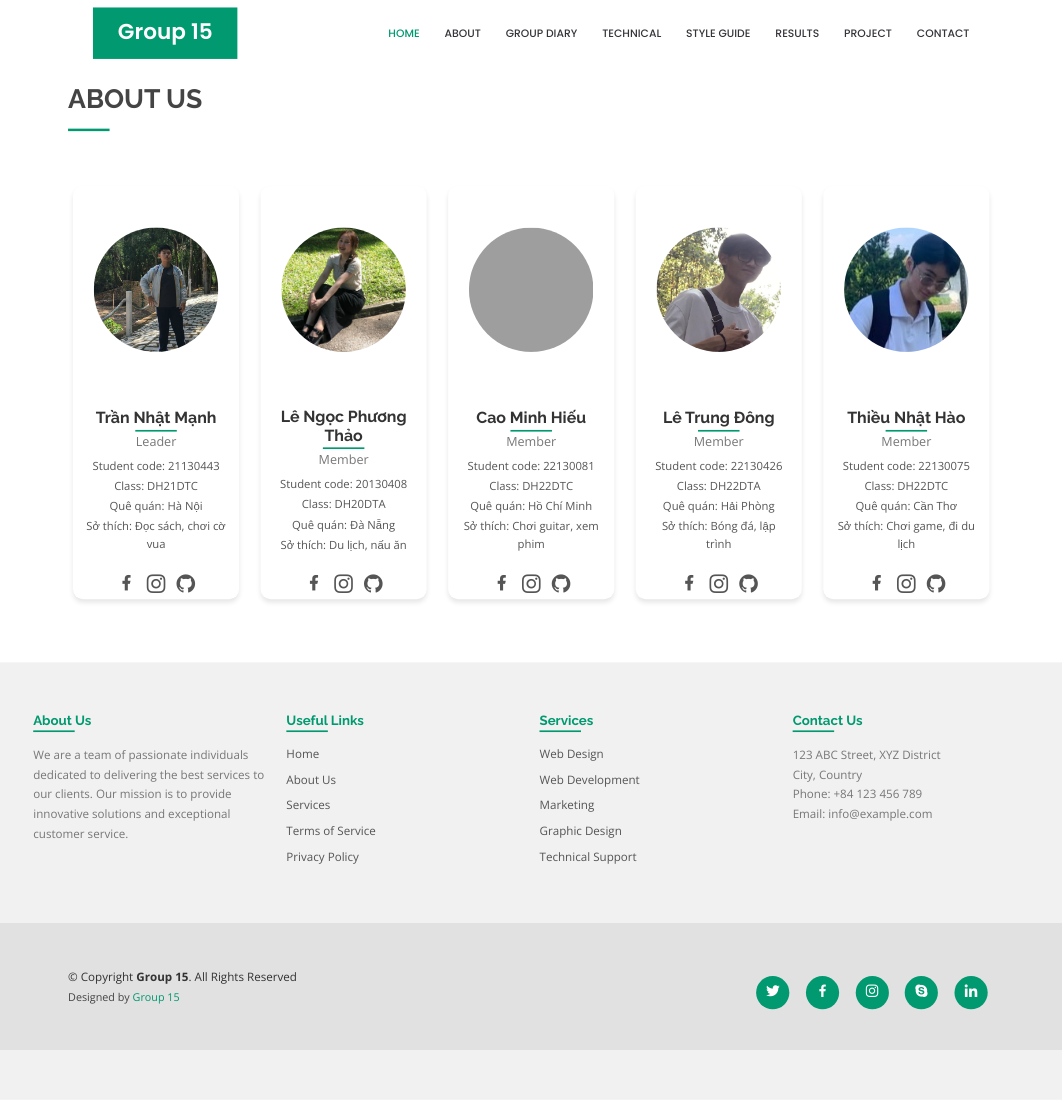
Repository: HoangKhangKhuPho4/Group_Web
Page: about.html
These files come from the project's save history. The page is drawn as it stood at one moment and after the next save; the edit follows.
The browser window is 1280 px wide. The pictures show the whole page, at 83% of full size.
Pictures or frames that could not be fetched are drawn as grey boxes.

Above is the page before, as saved 2024-10-19 23:31:25.

### about.html
<!DOCTYPE html>
<html lang="en">

<head>
    <!-- Phần head -->
    <meta charset="utf-8">
    <meta content="width=device-width, initial-scale=1.0" name="viewport">

    <title>Group 15</title>
    <meta content="" name="description">
    <meta content="" name="keywords">

    <!-- Favicons -->
    <link href="assets/img/favicon.png" rel="icon">
    <link href="assets/img/apple-touch-icon.png" rel="apple-touch-icon">

    <!-- Google Fonts -->
    <link
        href="https://fonts.googleapis.com/css?family=Open+Sans:300,300i,400,400i,600,600i,700,700i|Raleway:300,300i,400,400i,500,500i,600,600i,700,700i|Poppins:300,300i,400,400i,500,500i,600,600i"
        rel="stylesheet">

    <!-- Vendor CSS Files -->
    <link href="assets/vendor/aos/aos.css" rel="stylesheet">
    <link href="assets/vendor/bootstrap/css/bootstrap.min.css" rel="stylesheet">
    <link href="assets/vendor/bootstrap-icons/bootstrap-icons.css" rel="stylesheet">
    <link href="assets/vendor/boxicons/css/boxicons.min.css" rel="stylesheet">
    <link href="assets/vendor/glightbox/css/glightbox.min.css" rel="stylesheet">
    <link href="assets/vendor/remixicon/remixicon.css" rel="stylesheet">
    <link href="assets/vendor/swiper/swiper-bundle.min.css" rel="stylesheet">

    <!-- Template Main CSS File -->
    <link href="assets/css/style.css" rel="stylesheet">

    <!-- Custom CSS for arranging member cards and adding effects -->
    <style>
        /* Member Cards Container */
        .member-cards-container {
            display: flex;
            flex-wrap: nowrap;
            justify-content: space-between;
            align-items: stretch;
            overflow-x: auto;
            padding: 1em 0;
        }

        /* Hide scrollbar for WebKit browsers */
        .member-cards-container::-webkit-scrollbar {
            display: none;
        }

        /* Hide scrollbar for IE, Edge and Firefox */
        .member-cards-container {
            -ms-overflow-style: none;
            scrollbar-width: none;
        }

        /* Member Card Styling */
        .member-card {
            flex: 0 0 auto;
            width: 18%;
            margin: 0 0.5%;
            background-color: #fff;
            border-radius: 12px;
            overflow: hidden;
            box-shadow: 0 4px 6px rgba(0,0,0,0.1);
            transition: transform 0.3s, box-shadow 0.3s, background-color 0.3s;
            position: relative;
            display: flex;
            flex-direction: column;
            align-items: center;
        }

        .member-card:hover {
            transform: translateY(-10px);
            box-shadow: 0 15px 25px rgba(0,0,0,0.2);
            background-color: #f0f0f0;
        }

        /* Image */
        .member-card .pic {
            width: 100%;
            height: 250px;
            overflow: hidden;
            display: flex;
            align-items: center;
            justify-content: center;
        }

        .member-card .pic img {
            width: 150px;
            height: 150px;
            border-radius: 50%;
            object-fit: cover;
            transition: transform 0.3s;
        }

        .member-card:hover .pic img {
            transform: scale(1.05);
        }

        /* Member Info */
        .member-card .member-info {
            padding: 1em;
            text-align: center;
            flex-grow: 1;
            display: flex;
            flex-direction: column;
            justify-content: center;
            align-items: center;
            position: relative;
        }

        .member-card .member-info h4 {
            font-size: 1.2em;
            margin-bottom: 0.3em;
            color: #333;
            font-weight: 700;
            position: relative;
        }

        .member-card .member-info h4::after {
            content: '';
            position: absolute;
            width: 50px;
            height: 2px;
            background-color: #009970;
            left: 50%;
            transform: translateX(-50%);
            bottom: -5px;
        }

        .member-card .member-info span {
            display: block;
            font-size: 0.95em;
            color: #777;
            margin-bottom: 0.5em;
            font-weight: 500;
        }

        .member-card .member-info p {
            font-size: 0.85em;
            color: #555;
            margin-bottom: 0.3em;
        }

        /* Social Icons */
        .member-card .social {
            margin-top: auto;
            display: flex;
            justify-content: center;
            align-items: center;
        }

        .member-card .social a {
            color: #555;
            margin: 0 0.3em;
            font-size: 1.4em;
            transition: color 0.3s, transform 0.3s;
            position: relative;
        }

        .member-card .social a:hover {
            color: #009970;
            transform: translateY(-5px) rotate(15deg);
        }

        /* Tooltip for social icons */
        .member-card .social a::after {
            content: attr(title);
            position: absolute;
            bottom: 100%;
            left: 50%;
            transform: translateX(-50%) translateY(-10px);
            background-color: #333;
            color: #fff;
            padding: 5px 8px;
            border-radius: 4px;
            opacity: 0;
            pointer-events: none;
            transition: opacity 0.3s, transform 0.3s;
            white-space: nowrap;
            font-size: 12px;
        }

        .member-card .social a:hover::after {
            opacity: 1;
            transform: translateX(-50%) translateY(-15px);
        }

        /* Responsive Adjustments */
        @media (max-width: 1200px) {
            .member-card {
                width: 22%;
            }
        }

        @media (max-width: 992px) {
            .member-card {
                width: 28%;
            }
        }

        @media (max-width: 768px) {
            .member-card {
                width: 40%;
            }
        }

        @media (max-width: 576px) {
            .member-card {
                width: 80%;
            }
        }

        /* Smooth Scrolling */
        html {
            scroll-behavior: smooth;
        }

        /* Main content adjustment */
        #main {
            padding-top: 100px; /* Adjust to the navbar's height */
        }

        /* Ensure About Us section doesn't have conflicting margins */
        #about {
            margin-top: 0;
            padding-top: 0;
        }
    </style>

</head>

<body>

    <!-- ======= Header ======= -->
    <header id="header" class="fixed-top d-flex align-items-center">
        <div class="container">
            <div class="header-container d-flex align-items-center justify-content-between">
                <div class="logo">
                    <h1 class="text-light"><a href="index.html"><span>Group 15</span></a></h1>
                </div>

                <nav id="navbar" class="navbar">
                    <ul>
                        <li><a class="nav-link scrollto active" href="index.html">Home</a></li>
                        <li><a class="nav-link scrollto" href="about.html">About</a></li>
                        <li><a class="nav-link scrollto" href="groupDiary.html">Group Diary</a></li>
                        <li><a class="nav-link scrollto" href="technical.html">Technical</a></li>
                        <li><a class="nav-link scrollto" href="styleguide.html">Style Guide</a></li>
                        <li><a class="nav-link scrollto" href="results.html">Results</a></li>
                        <li><a class="nav-link scrollto" href="project.html">Project</a></li>
                        <li><a class="nav-link scrollto" href="contact.html">Contact</a></li>
                    </ul>
                    <i class="bi bi-list mobile-nav-toggle"></i>
                </nav>
                <!-- .navbar -->

            </div>
            <!-- End Header Container -->
        </div>
    </header>
    <!-- End Header -->

    <main id="main">
        <!-- ======= About Section ======= -->
        <section id="about" class="about">
            <div class="container" data-aos="fade-up">
                <div class="section-title">
                    <h2>About Us</h2>
                </div>

                <!-- Member Cards Container -->
                <div class="member-cards-container" data-aos="fade-up" data-aos-delay="100">
                    <!-- Member 1 -->
                    <div class="member-card" data-aos="zoom-in" data-aos-delay="150">
                        <div class="pic">
                            <img src="assets/img/team/team-1.jpg" alt="Trần Nhật Mạnh">
                        </div>
                        <div class="member-info">
                            <h4>Trần Nhật Mạnh</h4>
                            <span>Leader</span>
                            <p>Student code: 21130443</p>
                            <p>Class: DH21DTC</p>
                            <p>Quê quán: Hà Nội</p>
                            <p>Sở thích: Đọc sách, chơi cờ vua</p>
                        </div>
                        <div class="social">
                            <a href="https://www.facebook.com/johnson.billy.528" title="Facebook"><i class="ri-facebook-fill"></i></a>
                            <a href="#" title="Instagram"><i class="bi bi-instagram"></i></a>
                            <a href="https://github.com/username1" title="GitHub"><i class="bi bi-github"></i></a>
                        </div>
                    </div>
                    <!-- Member 2 -->
                    <div class="member-card" data-aos="zoom-in" data-aos-delay="200">
                        <div class="pic">
                            <img src="assets/img/team/team-2.jpg" alt="Lê Ngọc Phương Thảo">
                        </div>
                        <div class="member-info">
                            <h4>Lê Ngọc Phương Thảo</h4>
                            <span>Member</span>
                            <p>Student code: 20130408</p>
                            <p>Class: DH20DTA</p>
                            <p>Quê quán: Đà Nẵng</p>
                            <p>Sở thích: Du lịch, nấu ăn</p>
                        </div>
                        <div class="social">
                            <a href="https://www.facebook.com/thaoo.phuonqq.948" title="Facebook"><i class="ri-facebook-fill"></i></a>
                            <a href="#" title="Instagram"><i class="bi bi-instagram"></i></a>
                            <a href="https://github.com/username2" title="GitHub"><i class="bi bi-github"></i></a>
                        </div>
                    </div>
                    <!-- Member 3 -->
                    <div class="member-card" data-aos="zoom-in" data-aos-delay="250">
                        <div class="pic">
                            <img src="assets/img/team/team-3.jpg" alt="Cao Minh Hiếu">
                        </div>
                        <div class="member-info">
                            <h4>Cao Minh Hiếu</h4>
                            <span>Member</span>
                            <p>Student code: 22130081</p>
                            <p>Class: DH22DTC</p>
                            <p>Quê quán: Hồ Chí Minh</p>
                            <p>Sở thích: Chơi guitar, xem phim</p>
                        </div>
                        <div class="social">
                            <a href="https://www.facebook.com/hieu.caominh.144" title="Facebook"><i class="ri-facebook-fill"></i></a>
                            <a href="#" title="Instagram"><i class="bi bi-instagram"></i></a>
                            <a href="https://github.com/username3" title="GitHub"><i class="bi bi-github"></i></a>
                        </div>
                    </div>
                    <!-- Member 4 -->
                    <div class="member-card" data-aos="zoom-in" data-aos-delay="300">
                        <div class="pic">
                            <img src="assets/img/team/team-4.jpg" alt="Lê Trung Đông">
                        </div>
                        <div class="member-info">
                            <h4>Lê Trung Đông</h4>
                            <span>Member</span>
                            <p>Student code: 22130426</p>
                            <p>Class: DH22DTA</p>
                            <p>Quê quán: Hải Phòng</p>
                            <p>Sở thích: Bóng đá, lập trình</p>
                        </div>
                        <div class="social">
                            <a href="https://www.facebook.com/Tui.ten.dong" title="Facebook"><i class="ri-facebook-fill"></i></a>
                            <a href="#" title="Instagram"><i class="bi bi-instagram"></i></a>
                            <a href="https://github.com/username4" title="GitHub"><i class="bi bi-github"></i></a>
                        </div>
                    </div>
                    <!-- Member 5 -->
                    <div class="member-card" data-aos="zoom-in" data-aos-delay="350">
                        <div class="pic">
                            <img src="assets/img/team/team-5.jpg" alt="Thiều Nhật Hào">
                        </div>
                        <div class="member-info">
                            <h4>Thiều Nhật Hào</h4>
                            <span>Member</span>
                            <p>Student code: 22130075</p>
                            <p>Class: DH22DTC</p>
                            <p>Quê quán: Cần Thơ</p>
                            <p>Sở thích: Chơi game, đi du lịch</p>
                        </div>
                        <div class="social">
                            <a href="https://www.facebook.com/profile.php?id=100022691887846" title="Facebook"><i class="ri-facebook-fill"></i></a>
                            <a href="#" title="Instagram"><i class="bi bi-instagram"></i></a>
                            <a href="https://github.com/username5" title="GitHub"><i class="bi bi-github"></i></a>
                        </div>
                    </div>
                    <!-- Add more member cards as needed -->
                </div>
                <!-- End Member Cards Container -->

            </div>
        </section>
        <!-- End About Section -->

    </main>

    <!-- ======= Footer ======= -->
    <footer id="footer">
        <div class="footer-container">
            <div class="footer-column">
                <h4>About Us</h4>
                <p>We are a team of passionate individuals dedicated to delivering the best services to our clients. Our mission is to provide innovative solutions and exceptional customer service.</p>
            </div>
            <div class="footer-column">
                <h4>Useful Links</h4>
                <ul>
                    <li><a href="#">Home</a></li>
                    <li><a href="#">About Us</a></li>
                    <li><a href="#">Services</a></li>
                    <li><a href="#">Terms of Service</a></li>
                    <li><a href="#">Privacy Policy</a></li>
                </ul>
            </div>
            <div class="footer-column">
                <h4>Services</h4>
                <ul>
                    <li><a href="#">Web Design</a></li>
                    <li><a href="#">Web Development</a></li>
                    <li><a href="#">Marketing</a></li>
                    <li><a href="#">Graphic Design</a></li>
                    <li><a href="#">Technical Support</a></li>
                </ul>
            </div>
            <div class="footer-column">
                <h4>Contact Us</h4>
                <p>
                    123 ABC Street, XYZ District<br>
                    City, Country<br>
                    Phone: +84 123 456 789<br>
                    Email: info@example.com
                </p>
            </div>
        </div>
        <div class="footer-bottom">
            <div class="container d-md-flex py-4">
                <div class="me-md-auto text-center text-md-start">
                    <div class="copyright">
                        &copy; Copyright <strong><span>Group 15</span></strong>. All Rights Reserved
                    </div>
                    <div class="credits">
                        Designed by <a href="#">Group 15</a>
                    </div>
                </div>
                <div class="social-links text-center text-md-right pt-3 pt-md-0">
                    <a href="#" class="twitter" title="Twitter"><i class="bx bxl-twitter"></i></a>
                    <a href="#" class="facebook" title="Facebook"><i class="bx bxl-facebook"></i></a>
                    <a href="#" class="instagram" title="Instagram"><i class="bx bxl-instagram"></i></a>
                    <a href="#" class="google-plus" title="Skype"><i class="bx bxl-skype"></i></a>
                    <a href="#" class="linkedin" title="LinkedIn"><i class="bx bxl-linkedin"></i></a>
                </div>
            </div>
        </div>
    </footer>
    <!-- End Footer -->

    <!-- Scripts -->
    <a href="#" class="back-to-top d-flex align-items-center justify-content-center"><i
            class="bi bi-arrow-up-short"></i></a>

    <!-- Vendor JS Files -->
    <script src="assets/vendor/aos/aos.js"></script>
    <script src="assets/vendor/bootstrap/js/bootstrap.bundle.min.js"></script>
    <script src="assets/vendor/glightbox/js/glightbox.min.js"></script>
    <script src="assets/vendor/isotope-layout/isotope.pkgd.min.js"></script>
    <script src="assets/vendor/php-email-form/validate.js"></script>
    <script src="assets/vendor/purecounter/purecounter.js"></script>
    <script src="assets/vendor/swiper/swiper-bundle.min.js"></script>

    <!-- Template Main JS File -->
    <script src="assets/js/main.js"></script>

</body>

</html>

Loaded but not shown: assets/vendor/aos/aos.css (library); assets/vendor/bootstrap/css/bootstrap.min.css (library); assets/vendor/bootstrap-icons/bootstrap-icons.css (library); assets/vendor/boxicons/css/boxicons.min.css (library); assets/vendor/glightbox/css/glightbox.min.css (library); assets/vendor/remixicon/remixicon.css (library); assets/vendor/swiper/swiper-bundle.min.css (library); assets/vendor/aos/aos.js (library); assets/vendor/bootstrap/js/bootstrap.bundle.min.js (library); assets/vendor/glightbox/js/glightbox.min.js (library); assets/vendor/isotope-layout/isotope.pkgd.min.js (library); assets/vendor/php-email-form/validate.js (common file); assets/vendor/purecounter/purecounter.js (library); assets/vendor/swiper/swiper-bundle.min.js (library); assets/js/main.js (252 lines, source omitted); assets/css/style.css (1474 lines, source omitted)

After the next save:
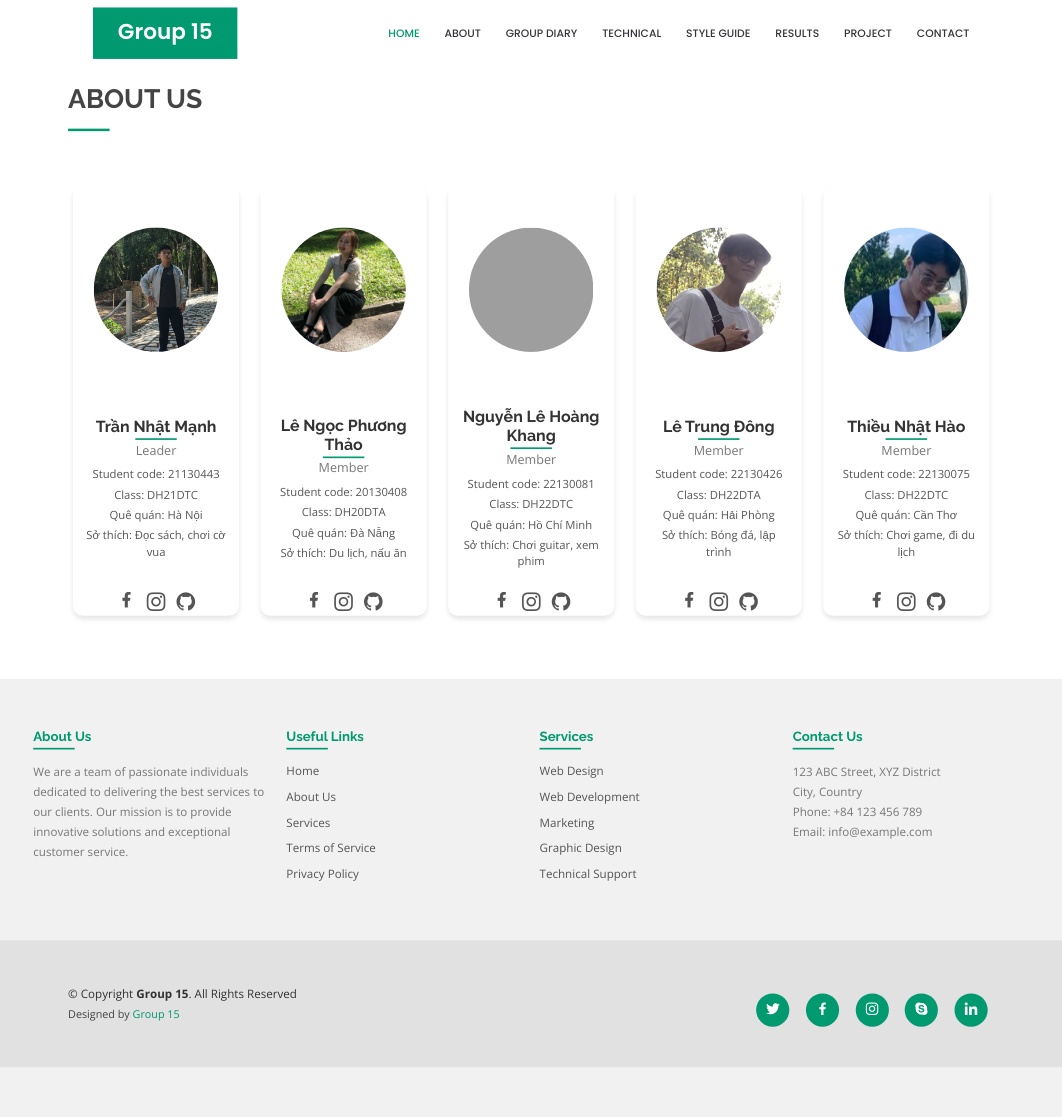
Saved 2 min 10 s later.
--- a/about.html
+++ b/about.html
@@ -316,7 +316,7 @@
                             <img src="assets/img/team/team-3.jpg" alt="Cao Minh Hiếu">
                         </div>
                         <div class="member-info">
-                            <h4>Cao Minh Hiếu</h4>
+                            <h4>Nguyễn Lê Hoàng Khang</h4>
                             <span>Member</span>
                             <p>Student code: 22130081</p>
                             <p>Class: DH22DTC</p>
